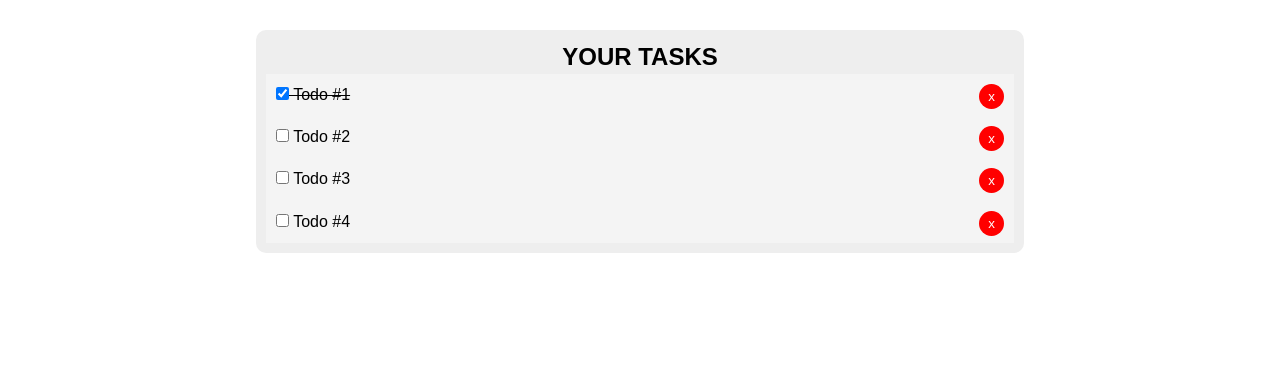
Repository: n0rthern-light/vuejs-taskmanager
Page: /
These files come from the project's save history. The page is drawn as it stood at one moment and after the next save; the edit follows.
The browser window is 1280 px wide. The pictures show the whole page.
The project was rebuilt for these pictures with package versions that can differ from the ones it lists, and the page was loaded fresh each time.

Above is the page before, as saved 2019-02-18 15:38:33.

### src/App.vue
<template>
  <div id="app">
    <h3>{{msg}}</h3>
    <Todos :todos="todos" v-on:del-todo="delTodo" v-on:update-array="updateArr"/>
  </div>
</template>

<script>

import Todos from '@/components/Todos.vue';

export default {
  name: 'app',
  components: {
    Todos
  },
  data() {
    return {
      todos: [
        {
          id: 1,
          title: 'Todo #1',
          completed: true
        },
        {
          id: 2,
          title: 'Todo #2',
          completed: false
        },
        {
          id: 3,
          title: 'Todo #3',
          completed: false
        },
        {
          id: 4,
          title: 'Todo #4',
          completed: false
        }
      ],
      msg: ''
    }
  },
  methods: {
    /* eslint-disable */
    setCookie(cname, cvalue, exdays) {
      var d = new Date();
      d.setTime(d.getTime() + (exdays*24*60*60*1000));
      var expires = "expires="+ d.toUTCString();
      document.cookie = cname + "=" + cvalue + ";" + expires + ";path=/";
    },
    getCookie(cname) {
      var name = cname + "=";
      var decodedCookie = decodeURIComponent(document.cookie);
      var ca = decodedCookie.split(';');
      for(var i = 0; i <ca.length; i++) {
        var c = ca[i];
        while (c.charAt(0) == ' ') {
          c = c.substring(1);
        }
        if (c.indexOf(name) == 0) {
          return c.substring(name.length, c.length);
        }
      }
      return "";
    },
    delTodo(id) {
      console.log('delTodo');
      this.todos = this.todos.filter((el) => el.id !== id);
    },
    updateArr(obj) {
      console.log('updateArr');
      this.todos = this.todos.
      map((el) => el.id === obj.id ? obj : el).
      sort((a, b) => a.id - b.id).
      sort((a, b) => a.completed - b.completed);

      this.setCookie('todos', JSON.stringify(this.todos), 60)
    }

  },
  mounted() {
    console.log('mounted');
    this.todos = JSON.parse(this.getCookie('todos'));

    this.todos = this.todos.sort((a, b) => a.id - b.id).
      sort((a, b) => a.completed - b.completed);
  }
}
</script>

<style>
* {
  box-sizing: border-box;
  margin: 0;
  padding: 0;
}

body {
  font-family: Arial, Helvetica, sans-serif;
  line-height: 1.4;
}
</style>

### src/components/Todos.vue
<template>
  <div class="container">
    <span class="title">YOUR TASKS</span>
    <div v-for="todo in todos" :key="todo.id">
      <TodoItem :todo="todo" v-on:del-todo="$emit('del-todo', todo.id)" v-on:update-array="$emit('update-array', todo)"/>
    </div>
  </div>
</template>

<script>
import TodoItem from './TodoItem.vue';

export default {
  components: {
    TodoItem
  },
  name: 'Todos',
  props: ['todos']
}
</script>

<style scoped>
.container {
  padding: 10px;
  background-color: #eee;
  border-radius: 10px;
  margin: 30px auto 0 auto;
  width: 80%;
  max-width: 768px;
  display: flex;
  flex-direction: column;
}

.container .title {
  text-align: center;
  font-size: 1.5em;
  font-weight: 600;
}

.container div {
  flex: 1;
}
</style>

### src/components/TodoItem.vue
<template>
  <div class="todo-item" :class="{'is-complete':todo.completed}">
    <p>
      <input type="checkbox" v-on:change="markComplete(); $emit('update-array', todo);" :checked="this.todo.completed">
      {{todo.title}}
      <button @click="$emit('del-todo', todo.id)" class="del">x</button>
    </p>
  </div>
</template>

<script>
export default {
  name: 'TodoItem',
  props: ['todo'],
  methods: {
    markComplete () {
      this.todo.completed = !this.todo.completed;
    }
  },
  mounted () {

  }
}
</script>

<style scoped>
  .todo-item {
    background: #f4f4f4;
    padding: 10px;


  }

  .is-complete {
    text-decoration: line-through;
  }

  .del {
    background: #ff0000;
    color: #fff;
    border: none;
    padding: 5px 9px;
    border-radius: 50%;
    cursor: pointer;
    float: right;
  }
</style>

Loaded but not shown: src/main.js (common file)

After the next save:
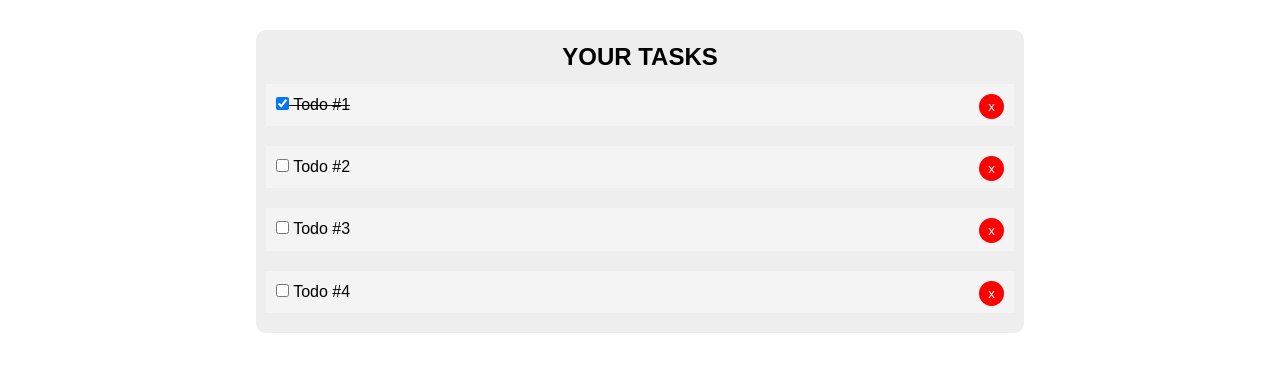
Saved 4 s later.
--- a/src/components/TodoItem.vue
+++ b/src/components/TodoItem.vue
@@ -27,8 +27,7 @@ export default {
   .todo-item {
     background: #f4f4f4;
     padding: 10px;
-
-
+    margin: 10px 0;
   }
 
   .is-complete {
